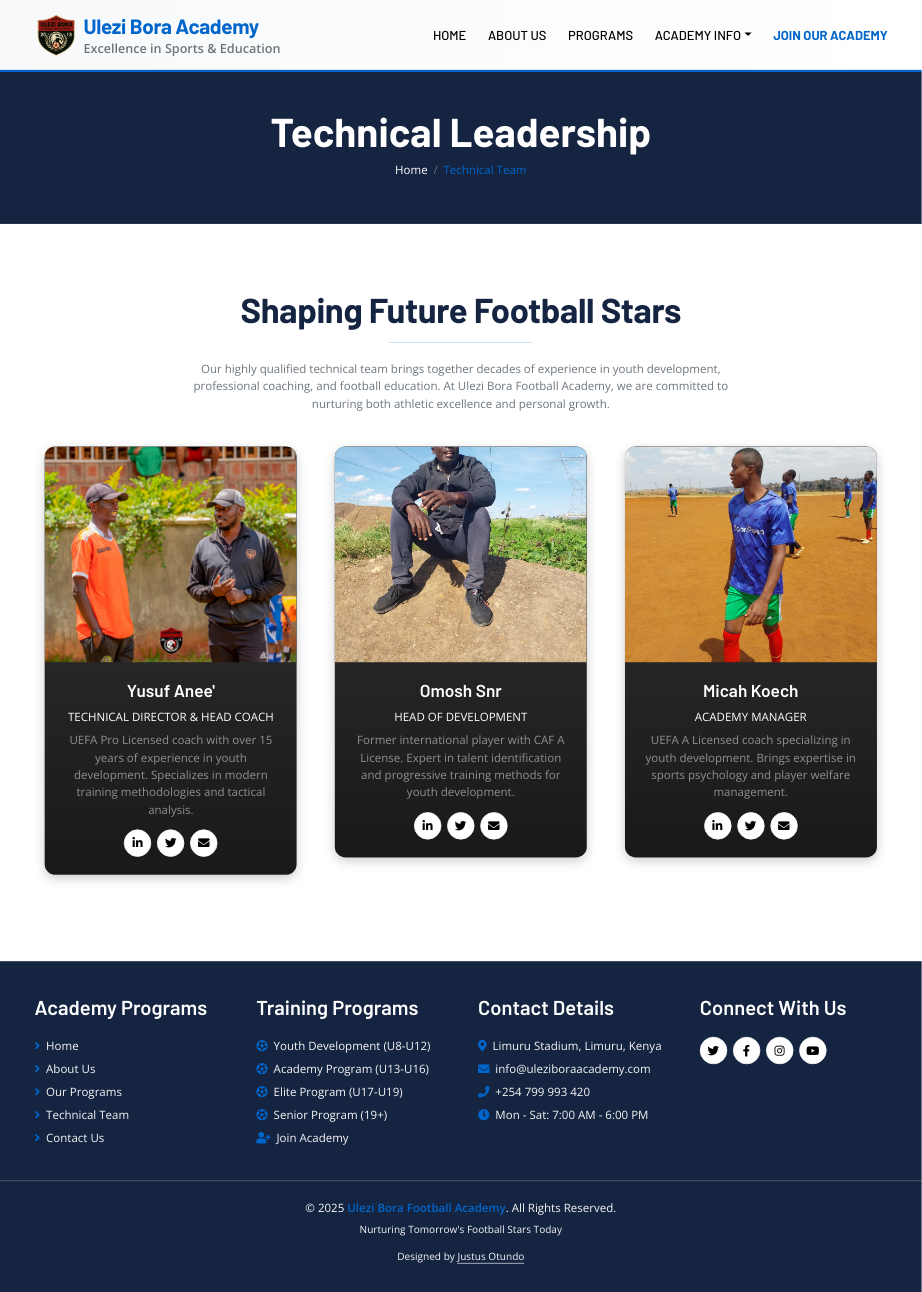
Repository: Justus-Otundo/uleziborafc
Page: coachingstaff.html
These files come from the project's save history. The page is drawn as it stood at one moment and after the next save; the edit follows.
The browser window is 1280 px wide. The pictures show the whole page, at 72% of full size.
Some web libraries are served in a nearby version.

Above is the page before, as saved 2025-08-15 12:11:54.
Console error: ReferenceError: AOS is not defined

### coachingstaff.html
<!DOCTYPE html>
<html lang="en">
<head>
    <meta charset="utf-8">
    <title>Technical Team - Ulezi Bora Football Academy</title>
    <meta content="width=device-width, initial-scale=1.0" name="viewport">
    <meta content="Football Academy, Professional Coaches, Youth Development, Soccer Training, Kenya Football" name="keywords">
    <meta content="Meet our experienced technical team dedicated to nurturing young football talent at Ulezi Bora Football Academy" name="description">

    <!-- Favicon -->
    <link href="img/favicon.ico" rel="icon">

    <!-- Google Web Fonts -->
    <link rel="preconnect" href="https://fonts.googleapis.com">
    <link rel="preconnect" href="https://fonts.gstatic.com" crossorigin>
    <link href="https://fonts.googleapis.com/css2?family=Barlow:wght@500;600;700&family=Open+Sans:wght@400;600&display=swap" rel="stylesheet">

    <!-- Icon Font Stylesheet -->
    <link href="https://cdnjs.cloudflare.com/ajax/libs/font-awesome/5.10.0/css/all.min.css" rel="stylesheet">
    <link href="https://cdn.jsdelivr.net/npm/bootstrap-icons@1.4.1/font/bootstrap-icons.css" rel="stylesheet">

    <!-- Libraries Stylesheet -->
    <link href="lib/owlcarousel/assets/owl.carousel.min.css" rel="stylesheet">

    <!-- Customized Bootstrap Stylesheet -->
    <link href="css/bootstrap.min.css" rel="stylesheet">

    <!-- Template Stylesheet -->
    <link href="css/style.css" rel="stylesheet">
</head>

<body>
    <!-- Include Navbar -->
    <div id="navbar"></div>

    <!-- Page Header Start -->
    <div class="container-fluid bg-dark p-5">
        <div class="row">
            <div class="col-12 text-center">
                <h1 class="display-4 text-white">Technical Leadership</h1>
                <nav aria-label="breadcrumb">
                    <ol class="breadcrumb justify-content-center">
                        <li class="breadcrumb-item"><a class="text-white" href="index.html">Home</a></li>
                        <li class="breadcrumb-item text-primary active" aria-current="page">Technical Team</li>
                    </ol>
                </nav>
            </div>
        </div>
    </div>
    <!-- Page Header End -->

    <!-- Technical Team Start -->
    <div class="container-fluid py-6 px-5">
        <div class="text-center mx-auto mb-5" style="max-width: 800px;">
            <h1 class="display-5 mb-0">Shaping Future Football Stars</h1>
            <hr class="w-25 mx-auto bg-primary">
            <p class="text-muted mt-4">Our highly qualified technical team brings together decades of experience in youth development, professional coaching, and football education. At Ulezi Bora Football Academy, we are committed to nurturing both athletic excellence and personal growth.</p>
        </div>
        <div class="row g-4 justify-content-center">
            <div class="col-lg-4 col-md-6">
                <div class="team-card position-relative overflow-hidden">
                    <div class="team-image-container">
                        <img class="team-image" src="img/coach-1.jpg" alt="Head Coach">
                        <div class="team-overlay">
                            <p class="text-white small px-3">"Developing young talent is not just about teaching football skills; it's about building character, discipline, and a winning mentality."</p>
                        </div>
                    </div>
                    <div class="team-info">
                        <h3 class="text-white">Yusuf Anee'</h3>
                        <p class="text-white text-uppercase mb-2">Technical Director & Head Coach</p>
                        <p class="text-white-50 mb-3">UEFA Pro Licensed coach with over 15 years of experience in youth development. Specializes in modern training methodologies and tactical analysis.</p>
                        <div class="d-flex justify-content-center">
                            <a class="btn btn-square btn-light me-2" href="#" title="Connect on LinkedIn"><i class="fab fa-linkedin-in"></i></a>
                            <a class="btn btn-square btn-light me-2" href="#" title="Follow on Twitter"><i class="fab fa-twitter"></i></a>
                            <a class="btn btn-square btn-light" href="#" title="Contact"><i class="fas fa-envelope"></i></a>
                        </div>
                    </div>
                </div>
            </div>

            <div class="col-lg-4 col-md-6">
                <div class="team-card position-relative overflow-hidden">
                    <div class="team-image-container">
                        <img class="team-image" src="img/omosh.jpeg" alt="Head of Development">
                        <div class="team-overlay">
                            <p class="text-white small px-3">"Our focus is on creating a comprehensive development pathway that nurtures both athletic and academic excellence."</p>
                        </div>
                    </div>
                    <div class="team-info">
                        <h3 class="text-white">Omosh Snr</h3>
                        <p class="text-white text-uppercase mb-2">Head of Development</p>
                        <p class="text-white-50 mb-3">Former international player with CAF A License. Expert in talent identification and progressive training methods for youth development.</p>
                        <div class="d-flex justify-content-center">
                            <a class="btn btn-square btn-light me-2" href="#" title="Connect on LinkedIn"><i class="fab fa-linkedin-in"></i></a>
                            <a class="btn btn-square btn-light me-2" href="#" title="Follow on Twitter"><i class="fab fa-twitter"></i></a>
                            <a class="btn btn-square btn-light" href="#" title="Contact"><i class="fas fa-envelope"></i></a>
                        </div>
                    </div>
                </div>
            </div>

            <div class="col-lg-4 col-md-6">
                <div class="team-card position-relative overflow-hidden">
                    <div class="team-image-container">
                        <img class="team-image" src="img/micah.jpeg" alt="Academy Manager">
                        <div class="team-overlay">
                            <p class="text-white small px-3">"We believe in holistic development - creating not just better players, but better individuals for society."</p>
                        </div>
                    </div>
                    <div class="team-info">
                        <h3 class="text-white">Micah Koech</h3>
                        <p class="text-white text-uppercase mb-2">Academy Manager</p>
                        <p class="text-white-50 mb-3">UEFA A Licensed coach specializing in youth development. Brings expertise in sports psychology and player welfare management.</p>
                        <div class="d-flex justify-content-center">
                            <a class="btn btn-square btn-light me-2" href="#" title="Connect on LinkedIn"><i class="fab fa-linkedin-in"></i></a>
                            <a class="btn btn-square btn-light me-2" href="#" title="Follow on Twitter"><i class="fab fa-twitter"></i></a>
                            <a class="btn btn-square btn-light" href="#" title="Contact"><i class="fas fa-envelope"></i></a>
                        </div>
                    </div>
                </div>
            </div>
        </div>
    </div>
    <!-- Technical Team End -->

    <!-- Include Footer -->
    <div id="footer"></div>

    <!-- JavaScript Libraries -->
    <script src="https://code.jquery.com/jquery-3.4.1.min.js"></script>
    <script src="https://cdn.jsdelivr.net/npm/bootstrap@5.0.0/dist/js/bootstrap.bundle.min.js"></script>
    <script src="lib/easing/easing.min.js"></script>
    <script src="lib/waypoints/waypoints.min.js"></script>
    <script src="lib/owlcarousel/owl.carousel.min.js"></script>

    <!-- Template Javascript -->
    <script src="js/main.js"></script>
    <script>
        $(document).ready(function(){
            // Load navbar and footer
            $("#navbar").load("navbar.html");
            $("#footer").load("footer.html");

            // Initialize animations
            AOS.init({
                duration: 1000,
                once: true
            });

            // Add smooth hover effects
            $('.team-card').hover(
                function() {
                    $(this).find('.team-overlay').css('opacity', '1');
                },
                function() {
                    $(this).find('.team-overlay').css('opacity', '0');
                }
            );

            // Initialize tooltips
            $('[data-bs-toggle="tooltip"]').tooltip();
        });
    </script>
</body>
</html>

### navbar.html
<nav class="navbar navbar-expand-lg bg-white navbar-light shadow-sm px-5 py-3 py-lg-0 fixed-top">
    <a href="index.html" class="navbar-brand p-0 d-flex align-items-center">
        <img src="img/ulezi.png" alt="Ulezi Bora Academy Logo" class="navbar-logo me-2" style="width: 60px; height: auto;">
        <div class="brand-text">
            <h1 class="m-0 text-primary" style="font-size: 1.8rem;">Ulezi Bora Academy</h1>
            <span class="text-muted small">Excellence in Sports & Education</span>
        </div>
    </a>
    <button class="navbar-toggler" type="button" data-bs-toggle="collapse" data-bs-target="#navbarCollapse">
        <span class="navbar-toggler-icon"></span>
    </button>
    <div class="collapse navbar-collapse" id="navbarCollapse">
        <div class="navbar-nav ms-auto py-0 me-n3">
            <a href="index.html" class="nav-item nav-link">Home</a>
            <a href="about.html" class="nav-item nav-link">About Us</a>
            <a href="service.html" class="nav-item nav-link">Programs</a>
            <div class="nav-item dropdown">
                <a href="#" class="nav-link dropdown-toggle" data-bs-toggle="dropdown">Academy Info</a>
                <div class="dropdown-menu m-0">
                    <a href="coachingstaff.html" class="dropdown-item">Coaching Staff</a>
                    <a href="achievements.html" class="dropdown-item">Achievements</a>
                    <a href="facilities.html" class="dropdown-item">Our Facilities</a>
                    <a href="academy-life.html" class="dropdown-item">Academy Life</a>
                    <a href="news.html" class="dropdown-item">Latest News</a>
                </div>
            </div>
            <a href="contact.html" class="nav-item nav-link text-primary fw-bold">Join Our Academy</a>
        </div>
    </div>
</nav>

### footer.html
<!-- Footer Start -->
<div class="container-fluid bg-dark text-secondary p-5">
    <div class="row g-5">
        <div class="col-lg-3 col-md-6">
            <h3 class="text-white mb-4">Academy Programs</h3>
            <div class="d-flex flex-column justify-content-start">
                <a class="text-secondary mb-2" href="index.html"><i class="fas fa-angle-right text-primary me-2"></i>Home</a>
                <a class="text-secondary mb-2" href="about.html"><i class="fas fa-angle-right text-primary me-2"></i>About Us</a>
                <a class="text-secondary mb-2" href="service.html"><i class="fas fa-angle-right text-primary me-2"></i>Our Programs</a>
                <a class="text-secondary mb-2" href="coachingstaff.html"><i class="fas fa-angle-right text-primary me-2"></i>Technical Team</a>
                <a class="text-secondary" href="contact.html"><i class="fas fa-angle-right text-primary me-2"></i>Contact Us</a>
            </div>
        </div>
        <div class="col-lg-3 col-md-6">
            <h3 class="text-white mb-4">Training Programs</h3>
            <div class="d-flex flex-column justify-content-start">
                <a class="text-secondary mb-2" href="service.html#youth"><i class="fas fa-futbol text-primary me-2"></i>Youth Development (U8-U12)</a>
                <a class="text-secondary mb-2" href="service.html#academy"><i class="fas fa-futbol text-primary me-2"></i>Academy Program (U13-U16)</a>
                <a class="text-secondary mb-2" href="service.html#elite"><i class="fas fa-futbol text-primary me-2"></i>Elite Program (U17-U19)</a>
                <a class="text-secondary mb-2" href="service.html#senior"><i class="fas fa-futbol text-primary me-2"></i>Senior Program (19+)</a>
                <a class="text-secondary" href="registration.html"><i class="fas fa-user-plus text-primary me-2"></i>Join Academy</a>
            </div>
        </div>
        <div class="col-lg-3 col-md-6">
            <h3 class="text-white mb-4">Contact Details</h3>
            <p class="mb-2"><i class="fas fa-map-marker-alt text-primary me-2"></i>Limuru Stadium, Limuru, Kenya</p>
            <p class="mb-2"><i class="fas fa-envelope text-primary me-2"></i>info@uleziboraacademy.com</p>
            <p class="mb-2"><i class="fas fa-phone text-primary me-2"></i>+254 799 993 420</p>
            <p class="mb-0"><i class="fas fa-clock text-primary me-2"></i>Mon - Sat: 7:00 AM - 6:00 PM</p>
        </div>
        <div class="col-lg-3 col-md-6">
            <h3 class="text-white mb-4">Connect With Us</h3>
            <div class="d-flex">
                <a class="btn btn-light btn-square rounded-circle me-2" href="#" title="Follow us on Twitter">
                    <i class="fab fa-twitter"></i>
                </a>
                <a class="btn btn-light btn-square rounded-circle me-2" href="#" title="Like us on Facebook">
                    <i class="fab fa-facebook-f"></i>
                </a>
                <a class="btn btn-light btn-square rounded-circle me-2" href="#" title="Follow us on Instagram">
                    <i class="fab fa-instagram"></i>
                </a>
                <a class="btn btn-light btn-square rounded-circle" href="#" title="Watch us on YouTube">
                    <i class="fab fa-youtube"></i>
                </a>
            </div>

        </div>
    </div>
</div>
<div class="container-fluid bg-dark text-secondary text-center border-top py-4 px-5" style="border-color: rgba(256, 256, 256, .1) !important;">
    <div class="row">
        <div class="col-12">
            <p class="m-0">&copy; 2025 <a class="text-primary fw-bold" href="index.html">Ulezi Bora Football Academy</a>. All Rights Reserved.</p>
            <p class="text-secondary small mt-2">Nurturing Tomorrow's Football Stars Today</p>
            <p class="text-secondary small">Designed by <a class="text-secondary border-bottom" href="https://justus-otundo.github.io/justus-otundo/" target="_blank">Justus Otundo</a></p>
        </div>
    </div>
</div>
<!-- Footer End -->

Loaded but not shown: lib/owlcarousel/assets/owl.carousel.min.css (common file); css/bootstrap.min.css (library); lib/easing/easing.min.js (common file); lib/waypoints/waypoints.min.js (library); lib/owlcarousel/owl.carousel.min.js (library); js/main.js (61 lines, source omitted); css/style.css (1576 lines, source omitted)

After the next save:
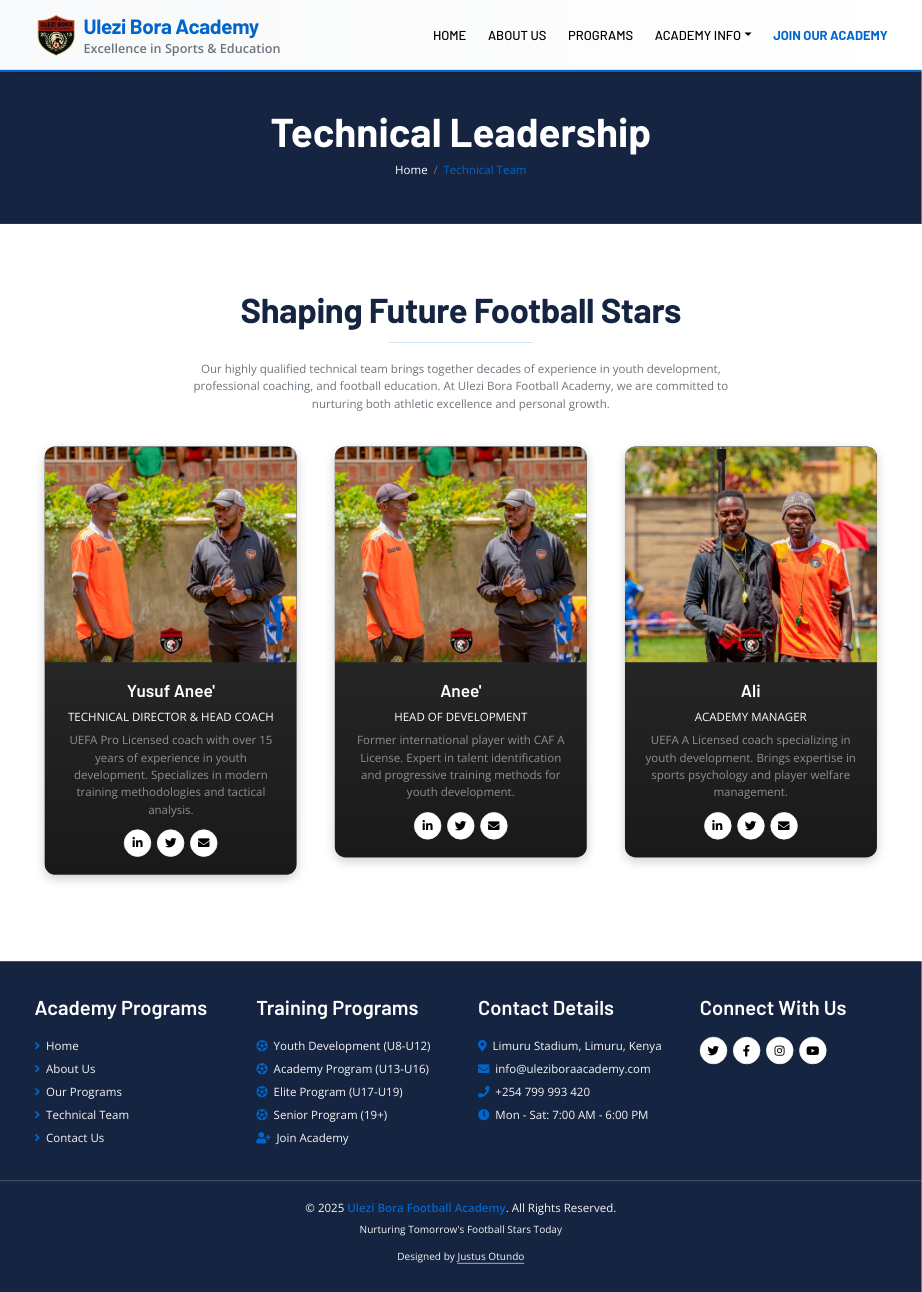
Saved 106 s later.
--- a/coachingstaff.html
+++ b/coachingstaff.html
@@ -81,13 +81,13 @@
             <div class="col-lg-4 col-md-6">
                 <div class="team-card position-relative overflow-hidden">
                     <div class="team-image-container">
-                        <img class="team-image" src="img/omosh.jpeg" alt="Head of Development">
+                        <img class="team-image" src="img/coach-1.jpg" alt="Head of Development">
                         <div class="team-overlay">
                             <p class="text-white small px-3">"Our focus is on creating a comprehensive development pathway that nurtures both athletic and academic excellence."</p>
                         </div>
                     </div>
                     <div class="team-info">
-                        <h3 class="text-white">Omosh Snr</h3>
+                        <h3 class="text-white">Anee'</h3>
                         <p class="text-white text-uppercase mb-2">Head of Development</p>
                         <p class="text-white-50 mb-3">Former international player with CAF A License. Expert in talent identification and progressive training methods for youth development.</p>
                         <div class="d-flex justify-content-center">
@@ -102,13 +102,13 @@
             <div class="col-lg-4 col-md-6">
                 <div class="team-card position-relative overflow-hidden">
                     <div class="team-image-container">
-                        <img class="team-image" src="img/micah.jpeg" alt="Academy Manager">
+                        <img class="team-image" src="img/coach-2.jpg" alt="Academy Manager">
                         <div class="team-overlay">
                             <p class="text-white small px-3">"We believe in holistic development - creating not just better players, but better individuals for society."</p>
                         </div>
                     </div>
                     <div class="team-info">
-                        <h3 class="text-white">Micah Koech</h3>
+                        <h3 class="text-white">Ali</h3>
                         <p class="text-white text-uppercase mb-2">Academy Manager</p>
                         <p class="text-white-50 mb-3">UEFA A Licensed coach specializing in youth development. Brings expertise in sports psychology and player welfare management.</p>
                         <div class="d-flex justify-content-center">
